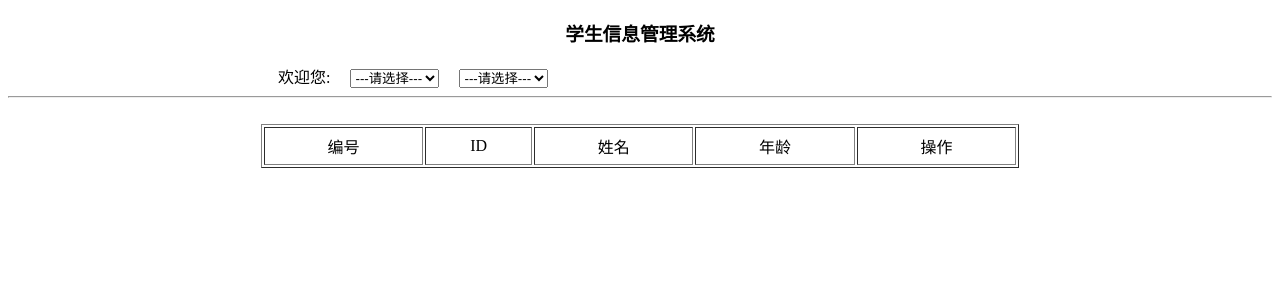
Repository: DataBoxWx/mvc_servlet_3
Page: http://localhost/crud_1/ajax/studentlist.jsp
An editor plug-in stored every save of this project. The page is shown before and after the next save, followed by the edit.
The browser window is 1280 px wide. The pictures show the whole page.
The page is served by Tomcat 9.

Above is the page before, as saved 2018-05-08 06:30:11.

After the next save:
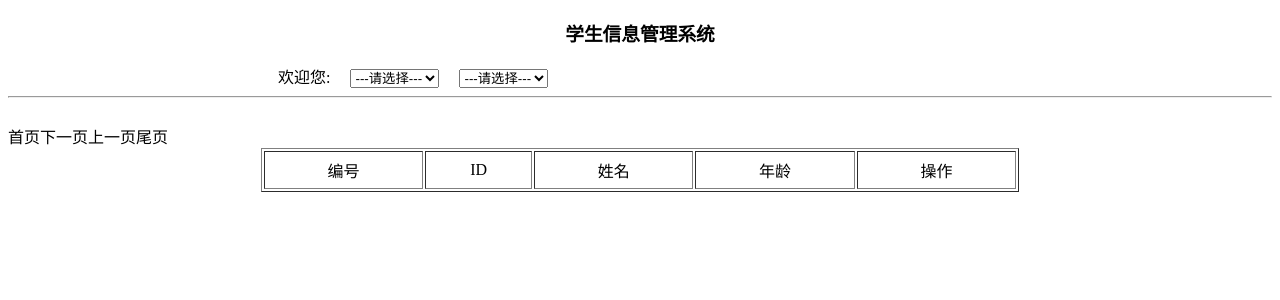
Saved 53 min 50 s later.
--- a/crud_1/WebContent/ajax/studentlist.jsp
+++ b/crud_1/WebContent/ajax/studentlist.jsp
@@ -55,6 +55,10 @@
 			</tr>
 		</thead>
 		<tbody id="tbody">
+		<a>首页</a>
+		<a>下一页</a>
+		<a>上一页</a>
+		<a>尾页</a>
 		</tbody>
 	</table>
 </body>
